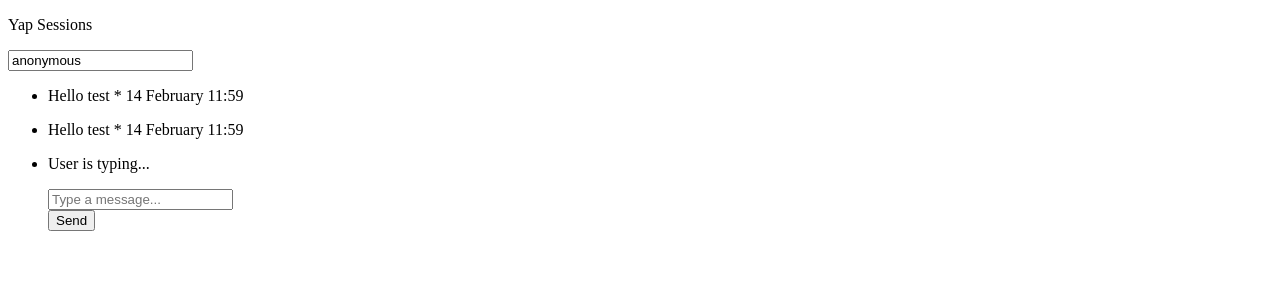
Repository: Renzo-Salosagcol/Web-Socket-Communication
Page: public/index.html
An editor plug-in stored every save of this project. The page is shown before and after the next save, followed by the edit.
The browser window is 1280 px wide. The pictures show the whole page.

Above is the page before, as saved 2025-02-12 13:06:21.

After the next save:
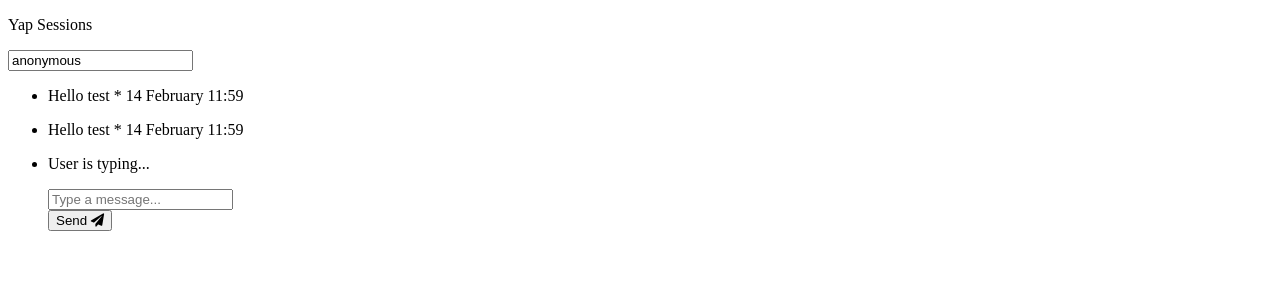
Saved 51 s later.
--- a/public/index.html
+++ b/public/index.html
@@ -39,7 +39,7 @@
         <input type="text" name="message" id="message-input" class="message-input" placeholder="Type a message..." required>
         <div class="v-divider"></div>
         <button type="submit" class="send-button">
-          Send
+          Send <span><i class="fas fa-paper-plane"></i></span>
         </button>
       </form>
     </ul>
